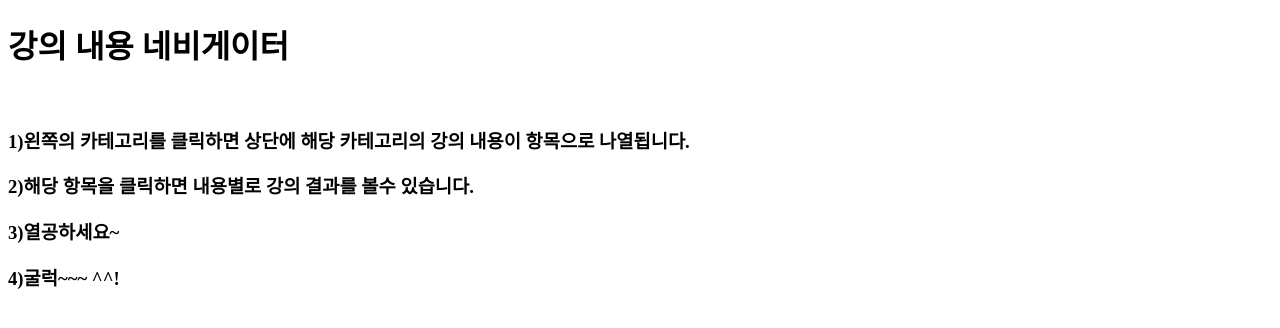
Repository: 10zeroone/study_webbasic
Page: JavaScript/WebContent/task/frameContent.html
An editor plug-in stored every save of this project. The page is shown before and after the next save, followed by the edit.
The browser window is 1280 px wide. The pictures show the whole page.

Above is the page before, as saved 2014-03-02 23:48:14.

### JavaScript/WebContent/task/frameContent.html
<!DOCTYPE html PUBLIC "-//W3C//DTD HTML 4.01 Transitional//EN" "http://www.w3.org/TR/html4/loose.dtd">
<html>
<head>
<meta http-equiv="Content-Type" content="text/html; charset=EUC-KR">
<title>Insert title here</title>
</head>
<body>

<h1 font-color=red>강의 내용 네비게이터</h1>
<br>
<h3>1)왼쪽의 카테고리를 클릭하면 상단에 해당 카테고리의 강의 내용이 항목으로 나열됩니다.</h3>
<h3>2)해당 항목을 클릭하면 내용별로 강의 결과를 볼수 있습니다.</h3>
<h3>3)열공하세요~ </h3>
<h3>4)굴럭~~~ ^^!</h3>

</body>
</html>

After the next save:
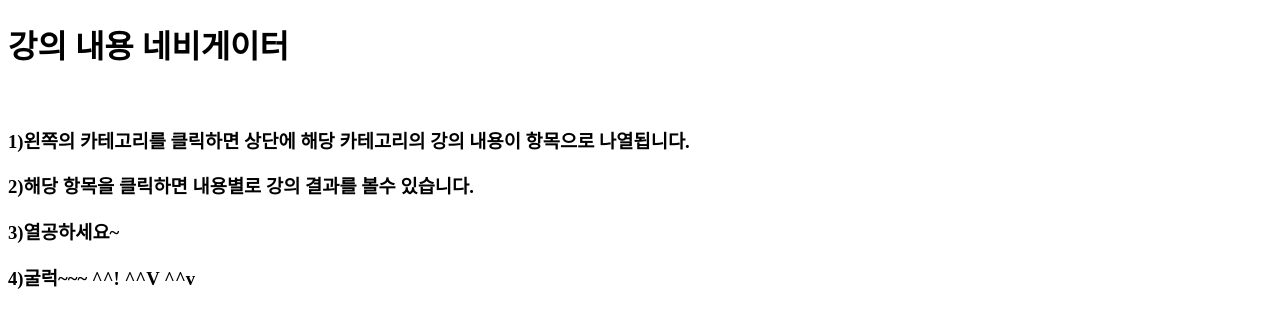
Saved 12 s later.
--- a/JavaScript/WebContent/task/frameContent.html
+++ b/JavaScript/WebContent/task/frameContent.html
@@ -11,7 +11,7 @@
 <h3>1)왼쪽의 카테고리를 클릭하면 상단에 해당 카테고리의 강의 내용이 항목으로 나열됩니다.</h3>
 <h3>2)해당 항목을 클릭하면 내용별로 강의 결과를 볼수 있습니다.</h3>
 <h3>3)열공하세요~ </h3>
-<h3>4)굴럭~~~ ^^!</h3>
+<h3>4)굴럭~~~ ^^! ^^V ^^v</h3>
 
 </body>
 </html>
